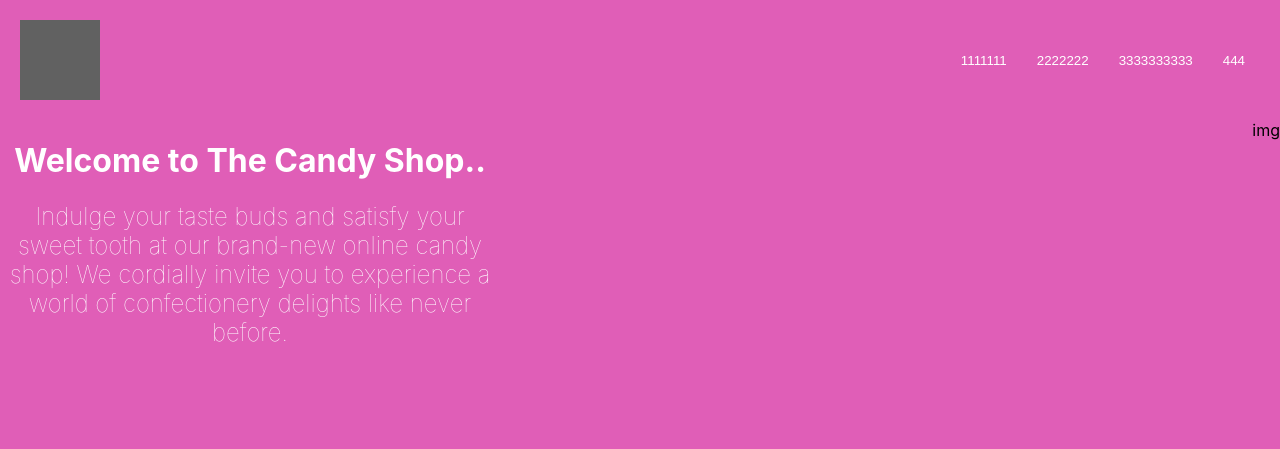
Repository: nika-otter/CandyShop
Page: /
These files come from the project's save history. The page is drawn as it stood at one moment and after the next save; the edit follows.
The browser window is 1280 px wide. The pictures show the whole page.
Pictures or frames that could not be fetched are drawn as grey boxes. An inner scrolling area shows only its first screen. The project was rebuilt for these pictures with package versions that can differ from the ones it lists, and the page was loaded fresh each time.

Above is the page before, as saved 2023-06-10 16:53:47.

After the next save:
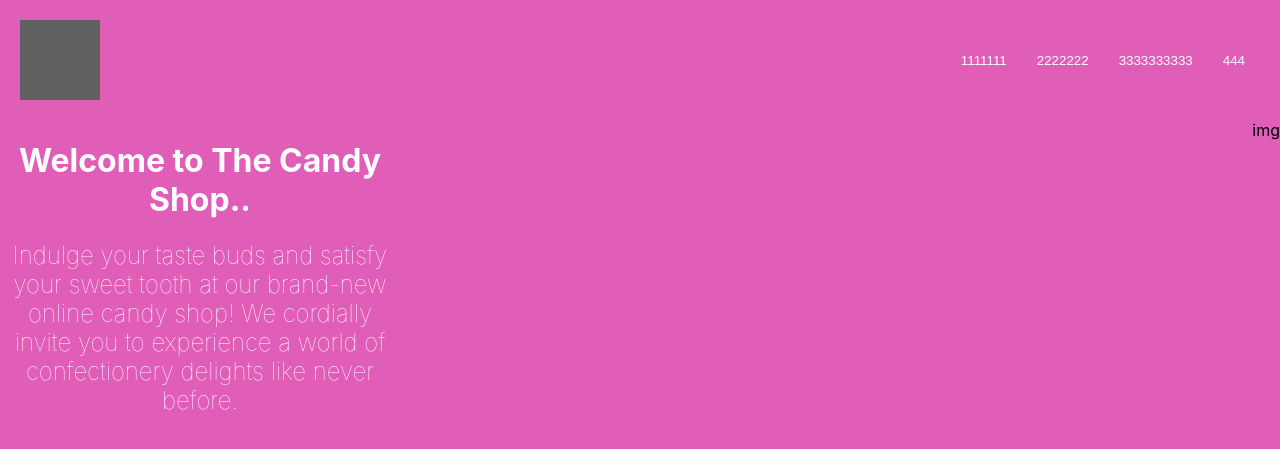
Saved 7 s later.
--- a/src/components/Cupcake.module.scss
+++ b/src/components/Cupcake.module.scss
@@ -8,7 +8,7 @@
   justify-content: space-between;
 }
 .info {
-  width: 500px;
+  width: 400px;
 }
 .cupcake__title {
   //   font-size: large;
